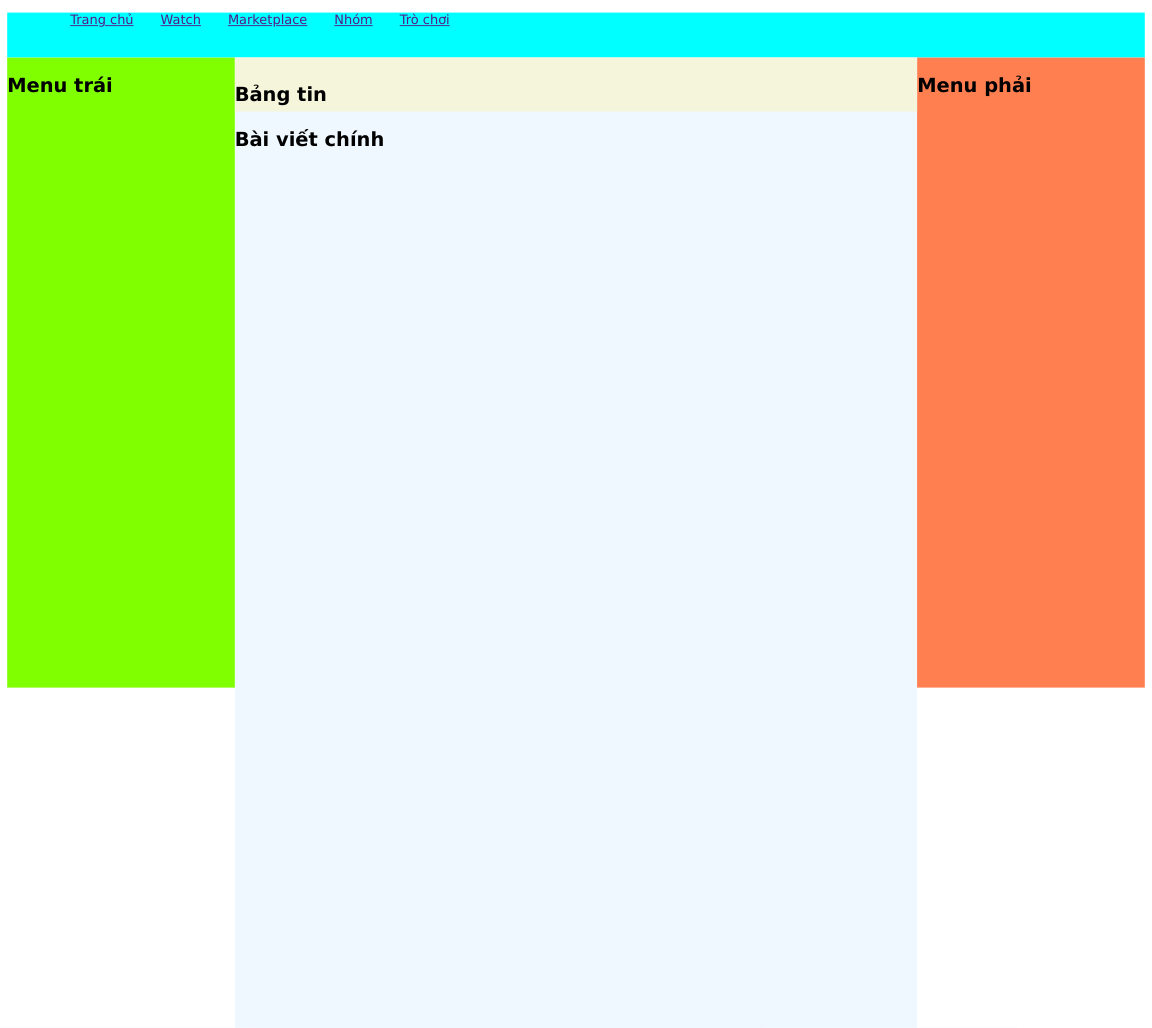
Repository: congle98/CSS_LayoutFacebookCoBan
Page: index.html
The author's editor kept a copy of each file at every save. The page is drawn from the files as they stood at one save, then again after the next save.
The browser window is 1280 px wide. The pictures show the whole page, at 90% of full size.

Above is the page before, as saved 2021-05-26 15:44:31.

After the next save:
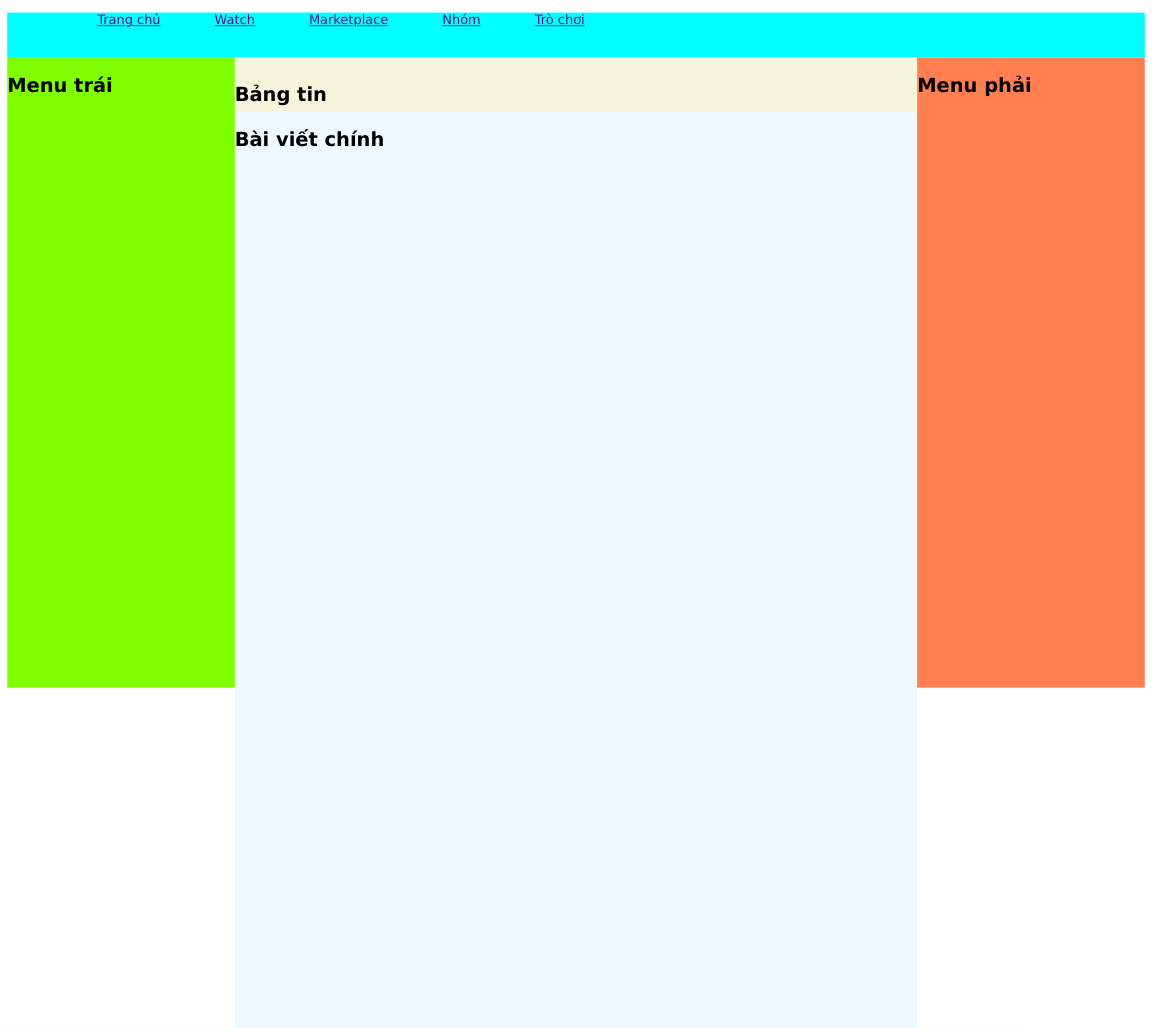
Saved 6 s later.
--- a/index.html
+++ b/index.html
@@ -50,7 +50,7 @@
         text-decoration:none;
         position: relative;
         float: left;
-        margin-left: 20px;
+        margin-left: 50px;
         }
         nav ul li a{
             text-align: left;
